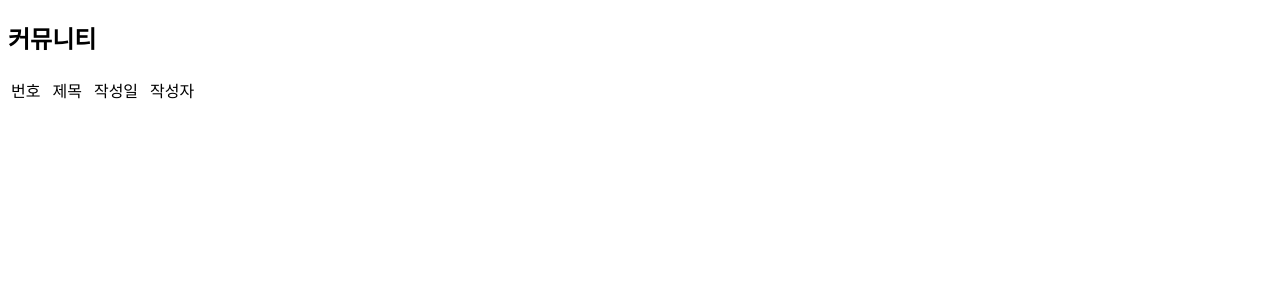
Repository: skdltm12/jsp1
Page: http://localhost/web01/board1.jsp
An editor plug-in stored every save of this project. The page is shown before and after the next save, followed by the edit.
The browser window is 1280 px wide. The pictures show the whole page.
The page is served by Tomcat 9. Queries for data that is not in the repository find no rows.

Above is the page before, as saved 2022-04-29 02:40:19.

### web01/src/main/webapp/board1.jsp
<%@ page language="java" contentType="text/html; charset=UTF-8"
    pageEncoding="UTF-8"%>
<%@ page import="java.sql.*" %>
<!DOCTYPE html>
<html>
<head>
<meta charset="UTF-8">
<title>게시글 목록</title>
</head>
<body>
	<h2>커뮤니티</h2>
	<table>
		<tbody>
		<tr>
			<td>번호&nbsp;&nbsp;</td>
			<td>제목&nbsp;&nbsp;</td>
			<td>작성일&nbsp;&nbsp;</td>
			<td>작성자&nbsp;&nbsp;</td>
		</tr>
	<%
	request.setCharacterEncoding("UTF-8");
	Connection conn = null;
	PreparedStatement pstmt = null;
	ResultSet rs = null;

	try{
		Class.forName("org.mariadb.jdbc.Driver");
		conn = DriverManager.getConnection("jdbc:mariadb://localhost:3308/company","root","1234!");
		String sql = "select * from board";
		pstmt = conn.prepareStatement(sql);
		rs = pstmt.executeQuery();
		while(rs.next()){
		%>
		<tr>
			<td><%=rs.getInt("bno") %>&nbsp;&nbsp; </td>
			<td><a href='boardDetail.jsp?bno=<%=rs.getInt("bno") %>'><%=rs.getString("btitle")%>&nbsp;&nbsp; </a></td>

			<td><%=rs.getString("regdate") %>&nbsp;&nbsp; </td>
			<td><%=rs.getString("author") %>&nbsp;&nbsp; </td>

		</tr>
<%
		}
%>
<%
	}catch(Exception e){
		e.printStackTrace();
	}finally{

	}try{
		rs.close();
		pstmt.close();
		conn.close();
	}catch(Exception e){
		e.printStackTrace();
	}
	%>
		</tbody>
	</table>




</body>
</html>

After the next save:
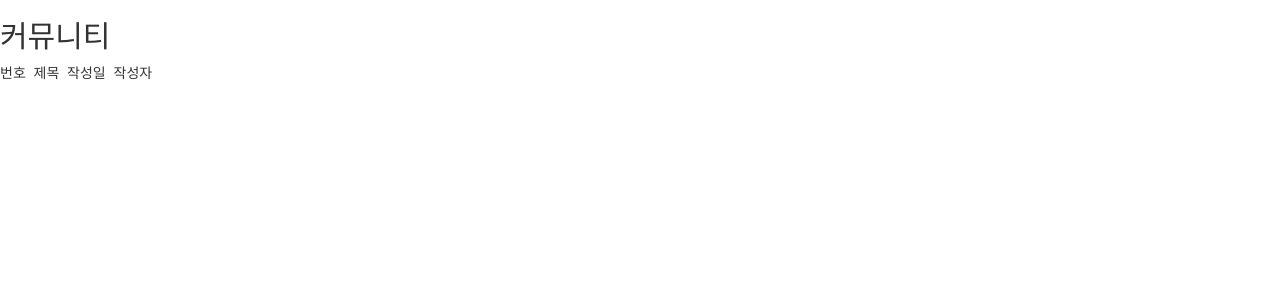
Saved 27 s later.
--- a/web01/src/main/webapp/board1.jsp
+++ b/web01/src/main/webapp/board1.jsp
@@ -4,6 +4,12 @@
 <!DOCTYPE html>
 <html>
 <head>
+<script src="https://code.jquery.com/jquery-latest.js"></script>
+<link rel="stylesheet" href="https://maxcdn.bootstrapcdn.com/bootstrap/3.3.2/css/bootstrap.min.css">
+<!-- 테마 -->
+<link rel="stylesheet" href="https://maxcdn.bootstrapcdn.com/bootstrap/3.3.2/css/bootstrap-theme.min.css">
+<!-- 자바스크립트 -->
+<script src="https://maxcdn.bootstrapcdn.com/bootstrap/3.3.2/js/bootstrap.min.js"></script>
 <meta charset="UTF-8">
 <title>게시글 목록</title>
 </head>
